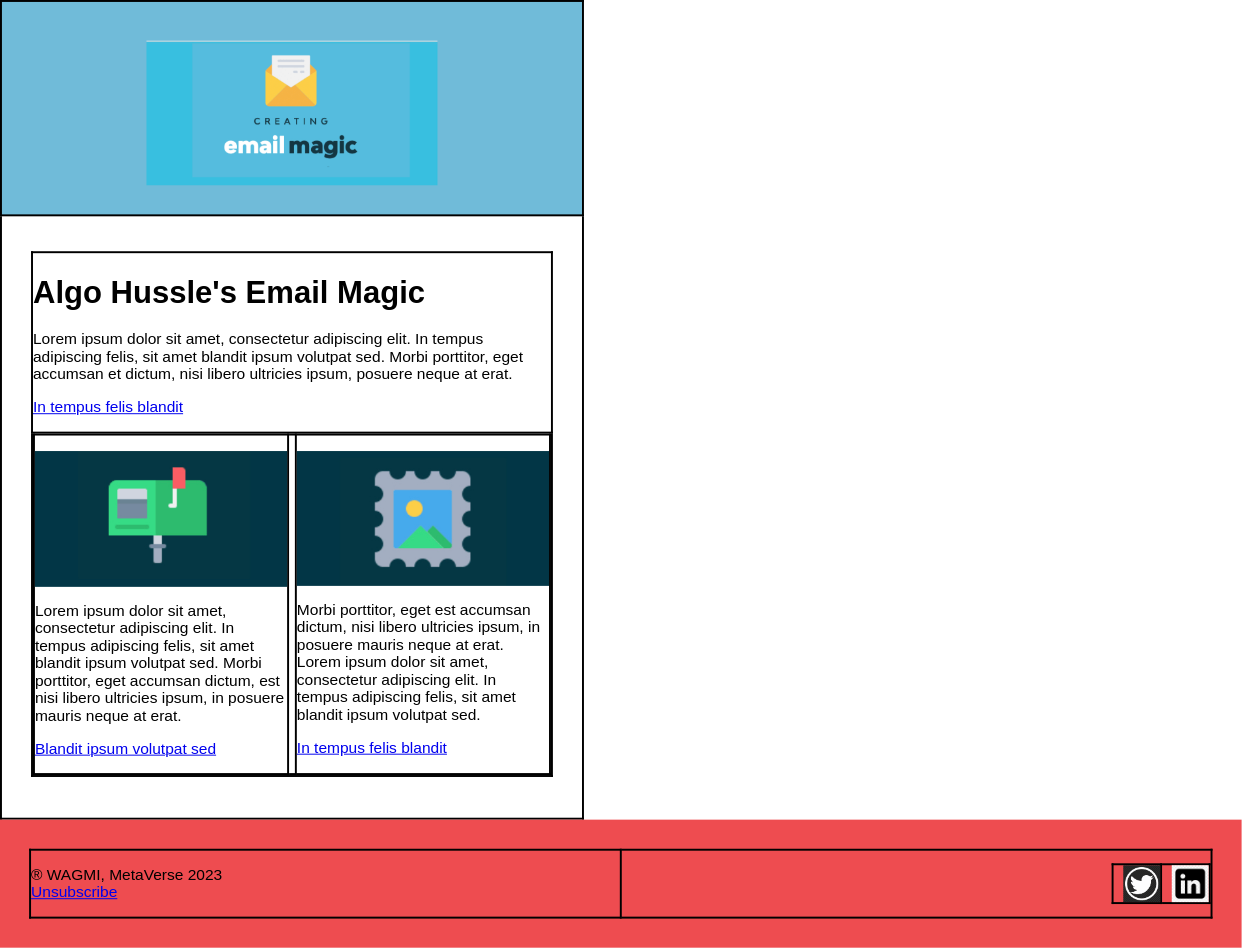
Repository: MikeeBuilds/email-template
Page: index.html
The author's editor kept a copy of each file at every save. The page is drawn from the files as they stood at one save, then again after a run of saves.
The browser window is 1280 px wide. The pictures show the whole page, at 97% of full size.
Some web libraries are served in a nearby version.

Above is the page before, as saved 2022-11-25 13:16:13.

After the next 3 saves:
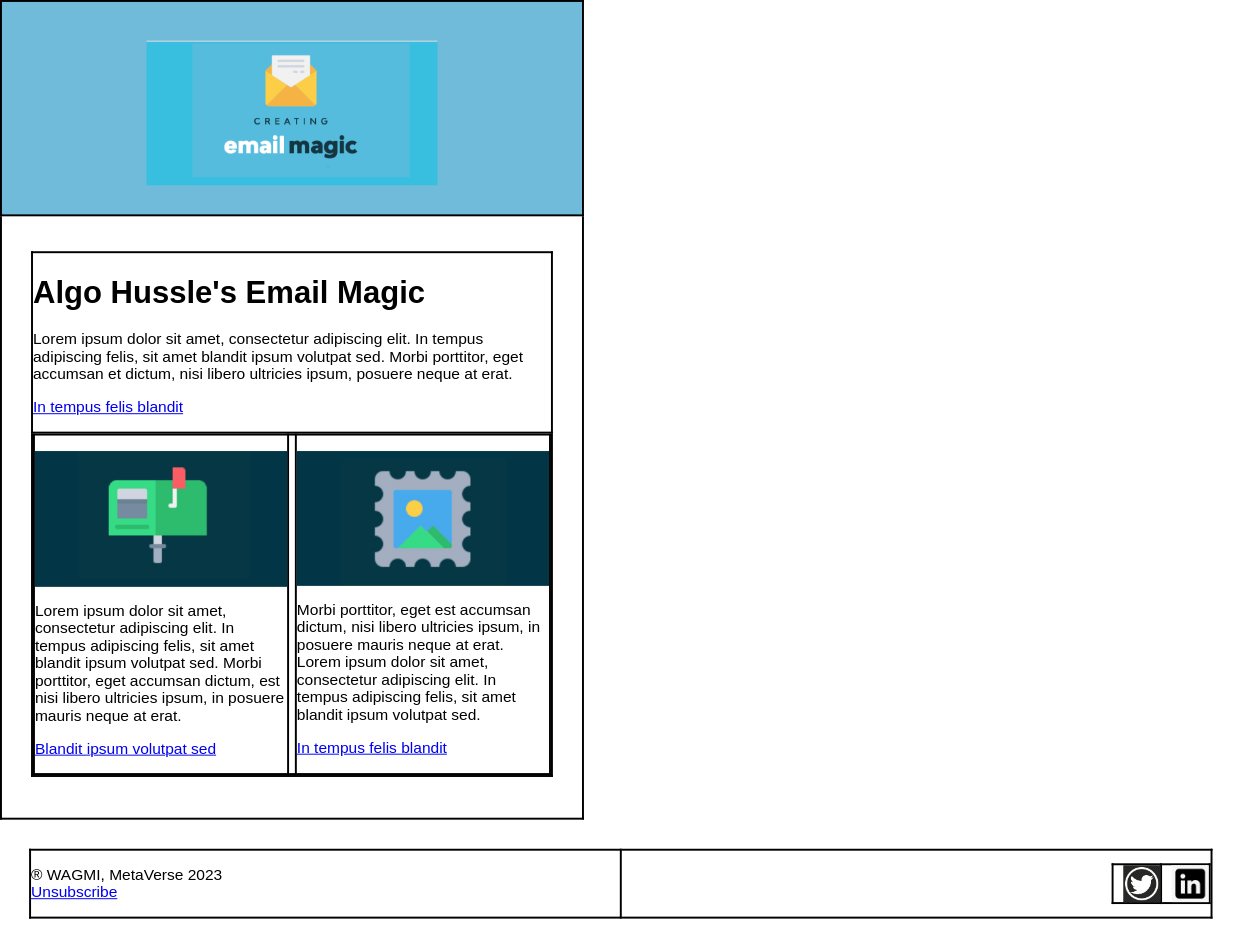
The 3 saves are shown as one change because they came seconds apart.
The last was saved 112 s later.
--- a/index.html
+++ b/index.html
@@ -72,7 +72,7 @@
         </head>
 
 
-        <footer style="padding: 30px; background: #ee4c50";>
+        <footer style="padding: 30px; background: linear-gradient() #ee4c50";>
             <table role="presentation" style="width:100%;border-collapse:collapse;border:0;border-spacing:0;">
                 <tr>
                     <td style="padding:0;width:50%;" align="left">
